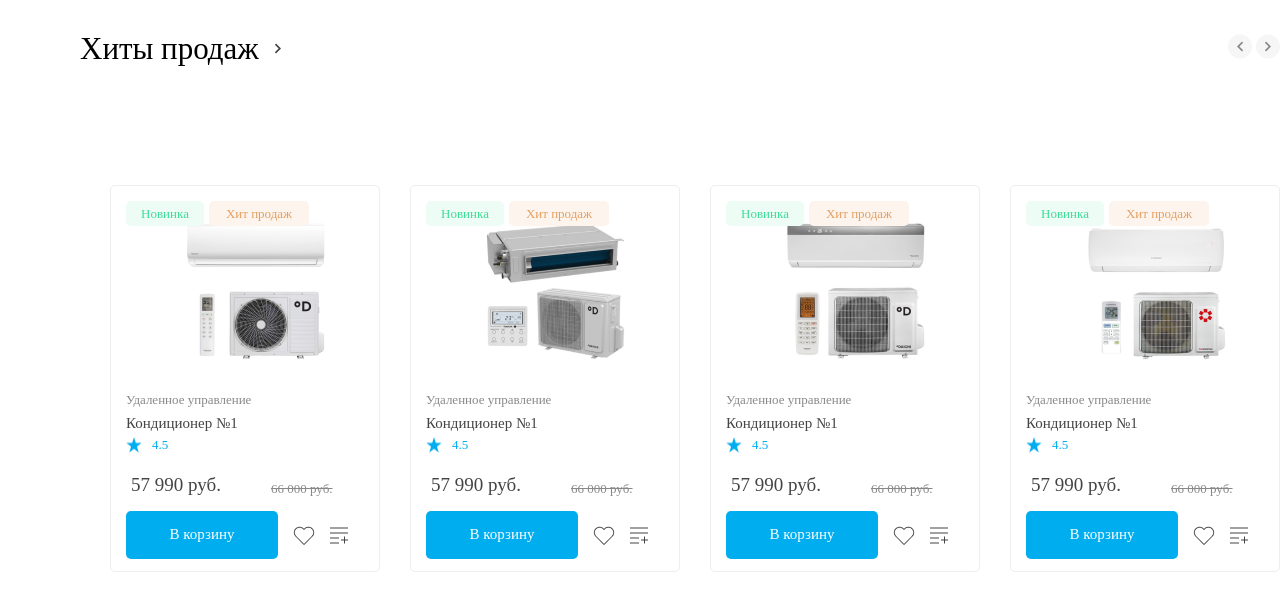
Repository: NikaMana/us
Page: index.html
An editor plug-in stored every save of this project. The page is shown before and after the next save, followed by the edit.
The browser window is 1280 px wide. The page is 1286 px wide, so the pictures cover 1286 px, including what lies to the right of the window. The pictures show the whole page.

Above is the page before, as saved 2021-09-15 16:55:03.

After the next save:
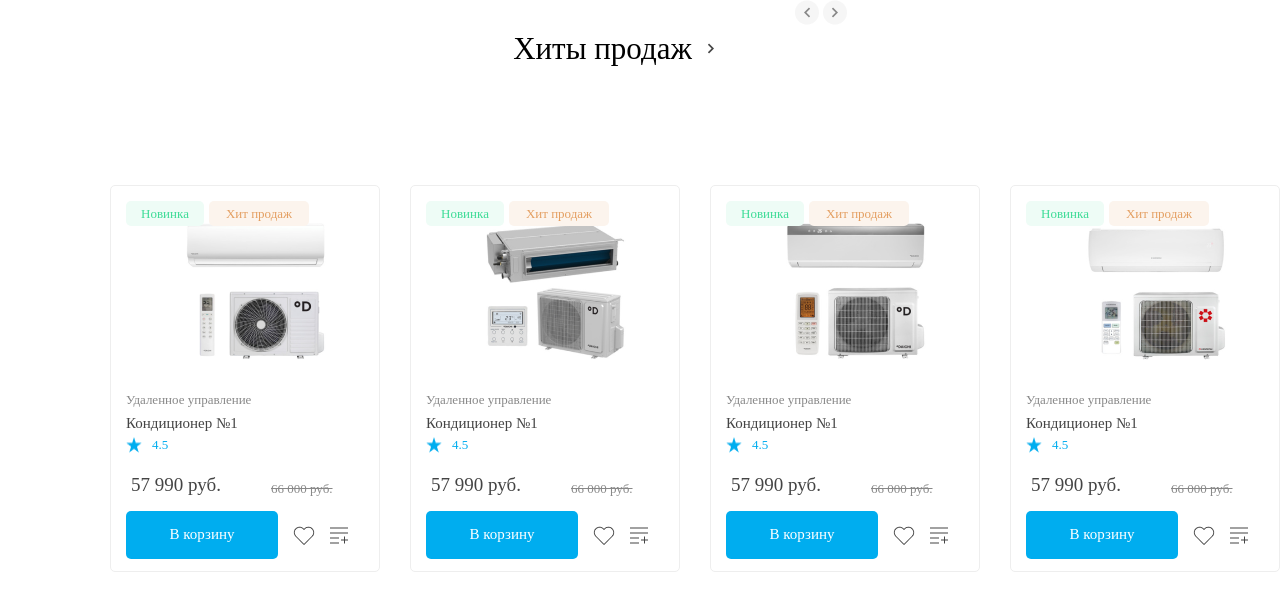
Saved 70 s later.
--- a/styles.css
+++ b/styles.css
@@ -19,8 +19,9 @@ h1, h2,h3,h4,h5{
 .welcome__up{
   display: flex;
   flex-direction: row;
-  justify-content: space-between;
-  align-items: center;
+  flex-wrap: wrap;
+  align-content: center;
+  justify-content: center;
 }
 .welcome__left{
   display: flex;
